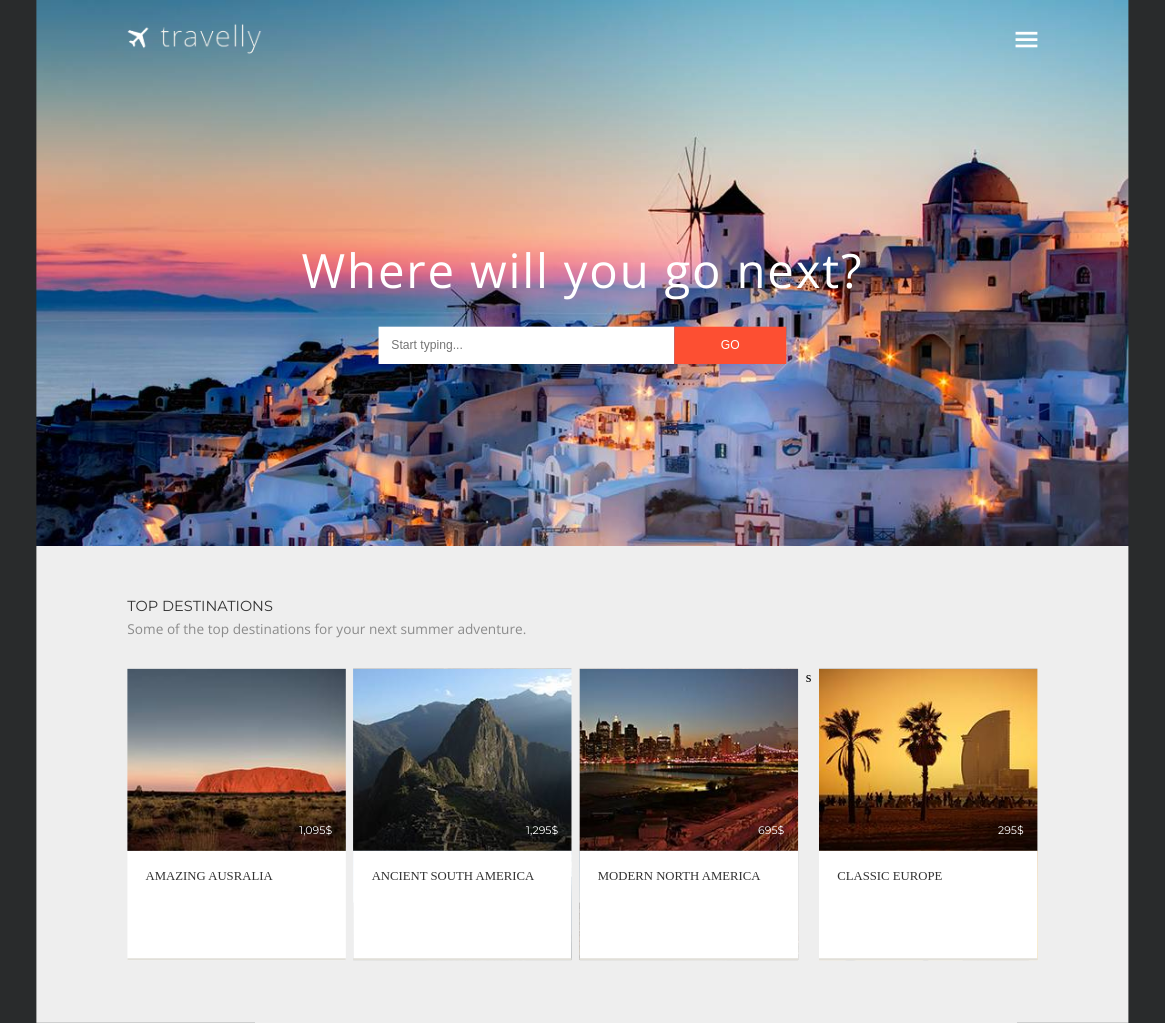
Repository: YusifHasanov/Web-Page-Template
Page: index.html
The author's editor kept a copy of each file at every save. The page is drawn from the files as they stood at one save, then again after the next save.
The browser window is 1280 px wide. The pictures show the whole page, at 91% of full size.

Above is the page before, as saved 2021-12-05 21:38:46.

After the next save:
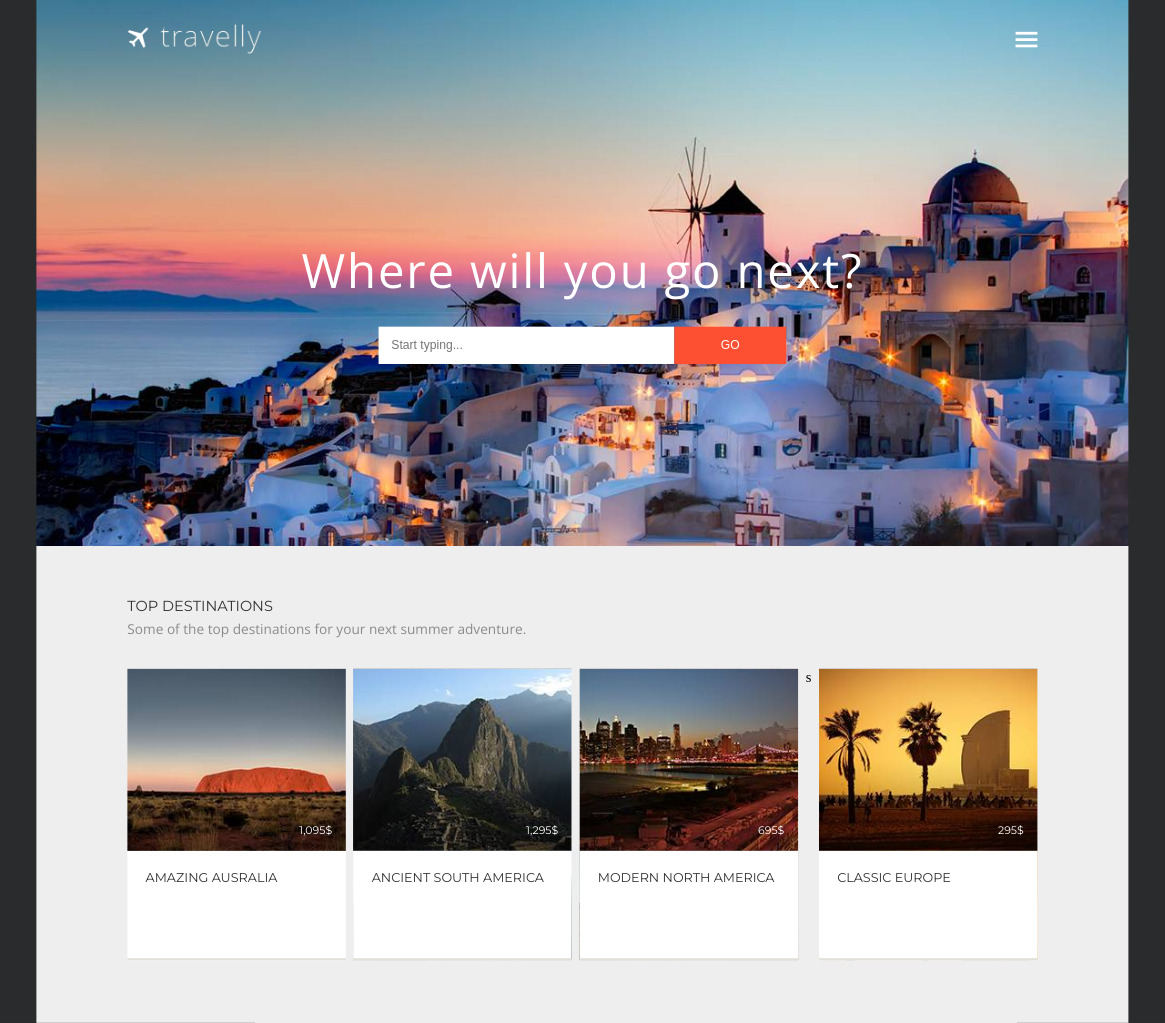
Saved 13 s later.
--- a/css/style.css
+++ b/css/style.css
@@ -160,5 +160,5 @@ button[type='submit'] {
   letter-spacing: 0px;
   color: #323232;
   font-weight: 400;
-  font-family: 'Montserrat' sans-serif;
+  font-family: 'Montserrat', sans-serif;
 }
